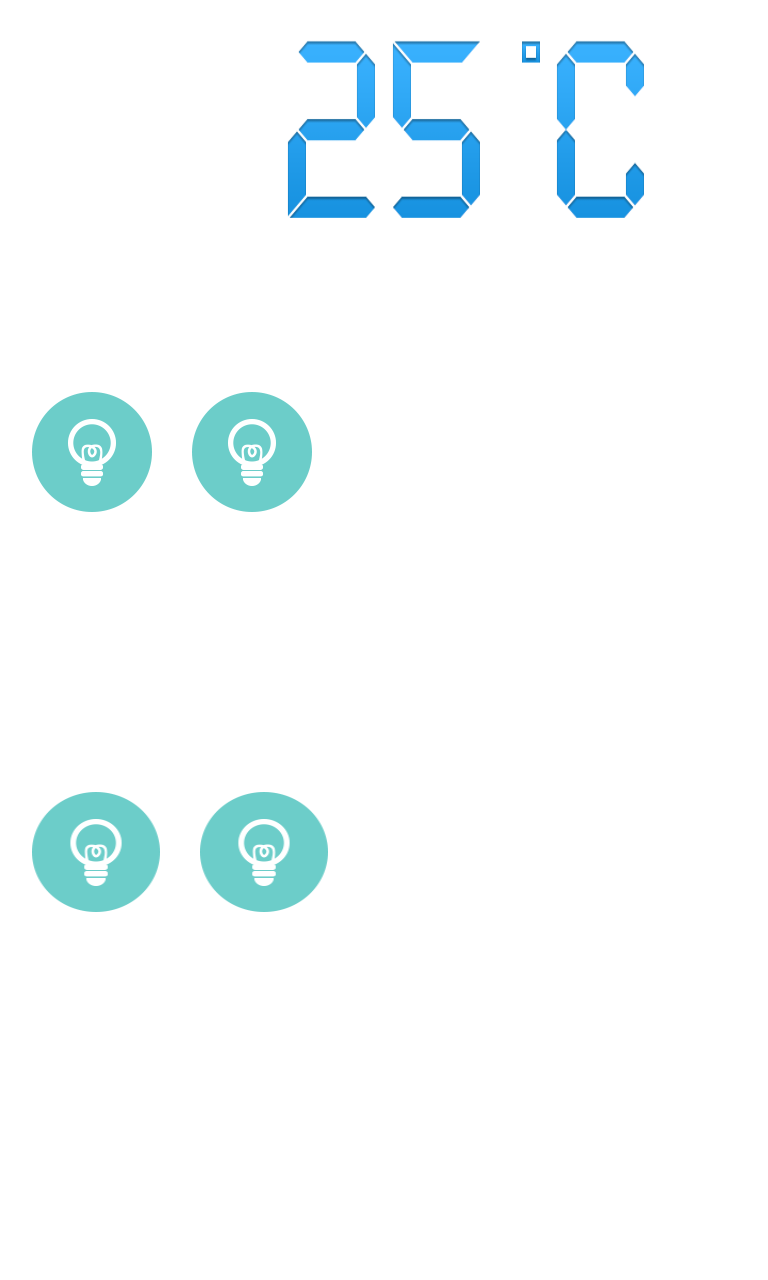
Repository: MyungSinKim/mqtt-demo
Layout: cloud2-demo/res/layout/main.xml
An editor plug-in stored every save of this project. The layout is shown before and after the next save, followed by the edit.
It is drawn on a 768 x 1280 px phone screen (xhdpi) without system bars, with theme AppTheme; the app's code is not run.

Above is the layout before, as saved 2015-11-02 05:11:29.

### cloud2-demo/res/layout/main.xml
<RelativeLayout xmlns:android="http://schemas.android.com/apk/res/android"
    android:layout_width="match_parent"
    android:layout_height="match_parent"
    android:layout_gravity="center_horizontal"
    android:paddingBottom="@dimen/activity_vertical_margin"
    android:paddingLeft="@dimen/activity_horizontal_margin"
    android:paddingRight="@dimen/activity_horizontal_margin"
    android:paddingTop="@dimen/activity_vertical_margin" >

    <RelativeLayout
        android:id="@+id/rl1"
        android:layout_width="match_parent"
        android:layout_height="100dp" >

        <ImageView
            android:id="@+id/temperture_iv"
            android:layout_width="wrap_content"
            android:layout_height="100dp"
            android:layout_centerHorizontal="true"
            android:background="@drawable/num_25" />

        <ImageView
            android:id="@+id/temperture_unit_iv"
            android:layout_width="wrap_content"
            android:layout_height="100dp"
            android:layout_marginLeft="10dp"
            android:layout_toRightOf="@id/temperture_iv"
            android:background="@drawable/air_du" />
    </RelativeLayout>

    <RelativeLayout
        android:id="@+id/rl2"
        android:layout_width="match_parent"
        android:layout_height="200dp"
        android:layout_below="@+id/rl1" >

        <ImageView
            android:id="@+id/light_1_iv"
            android:layout_width="wrap_content"
            android:layout_height="wrap_content"
            android:layout_marginTop="80dp"
            android:background="@drawable/light_off"
            android:tag="off" />

        <ImageView
            android:id="@+id/light_2_iv"
            android:layout_width="wrap_content"
            android:layout_height="wrap_content"
            android:layout_alignTop="@+id/light_1_iv"
            android:layout_marginLeft="20dp"
            android:layout_toRightOf="@id/light_1_iv"
            android:background="@drawable/light_off"
            android:tag="off" />
    </RelativeLayout>

    <Button
        android:id="@+id/imageButton1"
        android:layout_width="wrap_content"
        android:layout_height="wrap_content"
        android:layout_below="@+id/rl2"
        android:layout_marginTop="80dp"
        android:background="@drawable/light_off"
        android:tag="off" />

    <Button
        android:id="@+id/imageButton2"
        android:layout_width="wrap_content"
        android:layout_height="wrap_content"
        android:layout_alignTop="@+id/imageButton1"
        android:layout_below="@+id/rl2"
        android:layout_marginLeft="20dp"
        android:layout_toRightOf="@id/imageButton1"
        android:background="@drawable/light_off"
        android:tag="off" />

</RelativeLayout>

Loaded but not shown: cloud2-demo/res/values/styles.xml (common file); cloud2-demo/res/values-v11/styles.xml (common file); cloud2-demo/res/values-v14/styles.xml (common file); cloud2-demo/res/values/dimens.xml (common file)

After the next save:
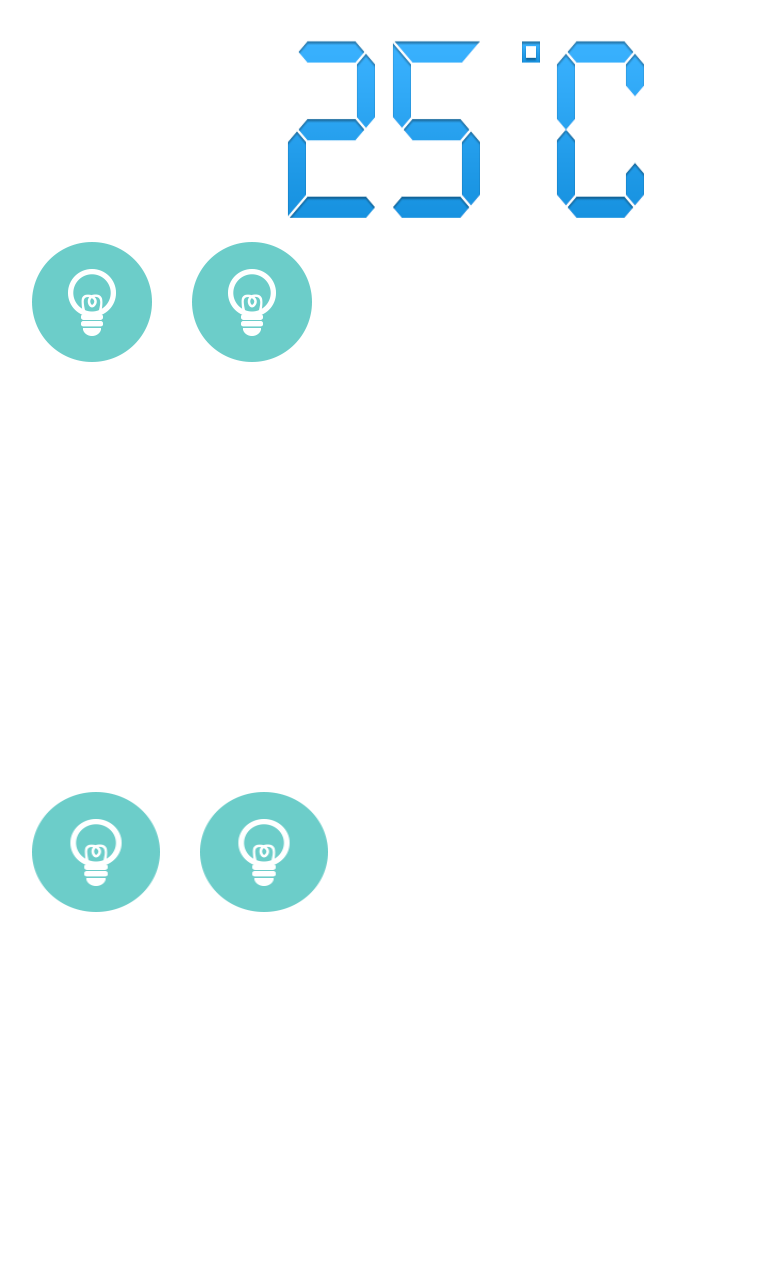
Saved 23 s later.
--- a/cloud2-demo/res/layout/main.xml
+++ b/cloud2-demo/res/layout/main.xml
@@ -38,7 +38,7 @@
             android:id="@+id/light_1_iv"
             android:layout_width="wrap_content"
             android:layout_height="wrap_content"
-            android:layout_marginTop="80dp"
+            android:layout_marginTop="5dp"
             android:background="@drawable/light_off"
             android:tag="off" />
 
